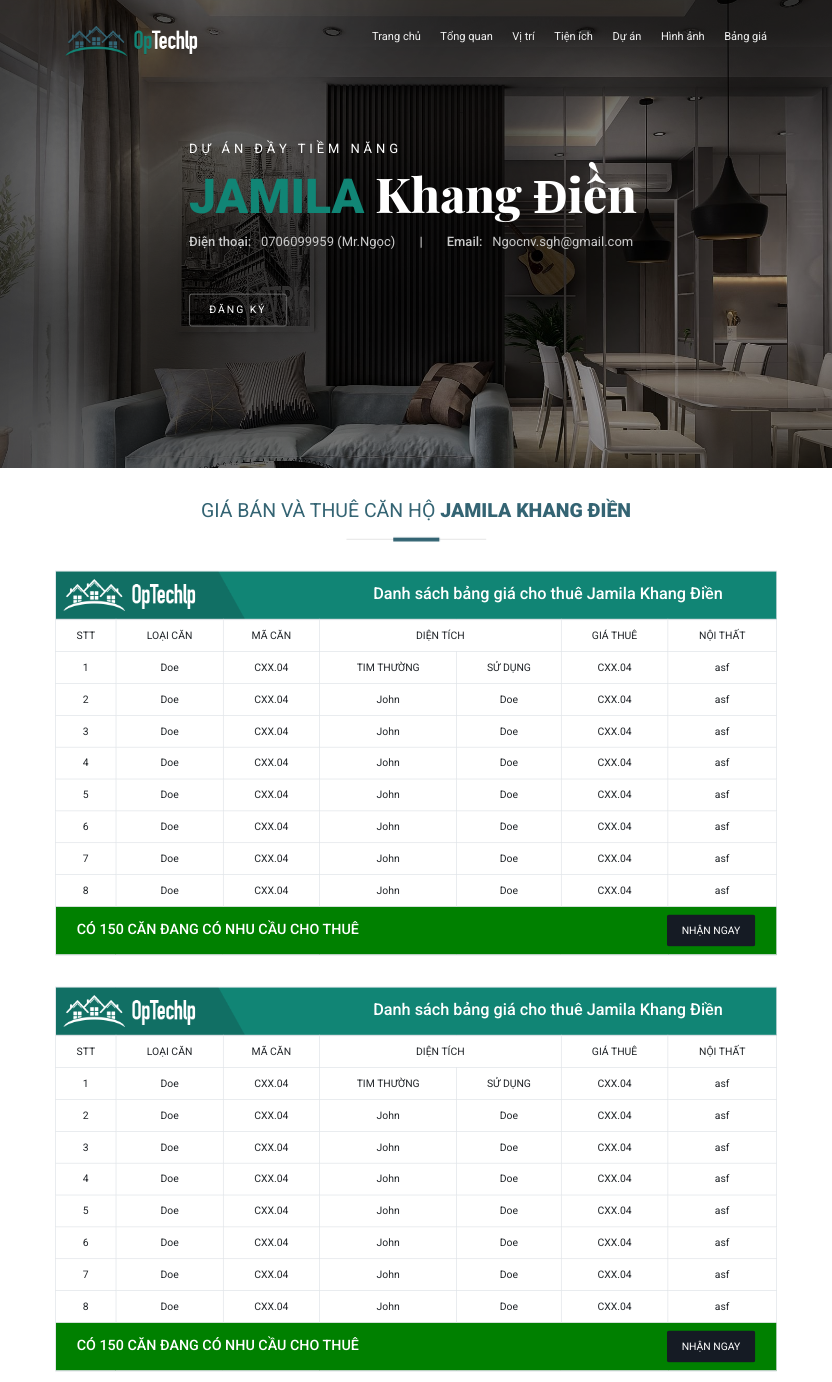
Repository: phunobi1807/Myweb
Page: index.html
These files come from the project's save history. The page is drawn as it stood at one moment and after the next save; the edit follows.
The browser window is 1280 px wide. The pictures show the whole page, at 65% of full size.
Some web fonts or font styles are not loaded; a fallback is used.

Above is the page before, as saved 2021-05-14 14:40:31.

### index.html
<!DOCTYPE html>
<html lang="en">

<head>
    <meta charset="UTF-8">
    <meta http-equiv="X-UA-Compatible" content="IE=edge">
    <meta name="viewport" content="width=device-width, initial-scale=1.0">
    <link rel="stylesheet" type="text/css" href="./css/style.css">
    <title>JAMILA Khang Điền</title>
</head>

<body>
    <header>
        <a href="#" class="logo">
            <img src="./image/logo-banner.png" alt="logo">
        </a>
        <div class="menuToggle" onclick="toggleMenu"></div>
        <ul class="navigation">
            <li><a href="#" onclick="toggleMenu">Trang chủ</a></li>
            <li><a href="#" onclick="toggleMenu">Tổng quan</a></li>
            <li><a href="#" onclick="toggleMenu">Vị trí</a></li>
            <li><a href="#" onclick="toggleMenu">Tiện ích</a></li>
            <li><a href="#" onclick="toggleMenu">Dự án</a></li>
            <li><a href="#" onclick="toggleMenu">Hình ảnh</a></li>
            <li><a href="#" onclick="toggleMenu">Bảng giá</a></li>
        </ul>
    </header>
    <section class="banner" id="banner">
        <div class="content">
            <p class="title">dự án đầy tiềm năng</p>
            <h3><strong>JAMILA</strong> Khang Điền</h3>
            <div class="content-contact">
                <p class="phone">Điện thoại: <span class="number-phone">0706099959 (Mr.Ngọc)</span></p>
                <div class="gachgiua">|</div>
                <p class="email">Email: <span class="email">Ngocnv.sgh@gmail.com</span></p>
            </div>
            <div class="input">
                <input type="button" class="btn btn-outline" value="Đăng ký">
            </div>
        </div>
    </section>
    <section class="price-apartment mt-5">
        <div class="container text-center">
            <div class="list-price-apartment">
                <h1>giá bán và thuê căn hộ <span>jamila khang điền</span></h1>
                <div class="gach-chan">
                    <div class="gachchan"></div>
                </div>
                <table class="table table-bordered mt-5">
                    <thead>
                        <tr class="top-one">
                            <th colspan="7" style="background-image:url(./image/optechlp.png); background-repeat: no-repeat;">
                                <div class="title-table">
                                    <img src="./image/optechlp1.png" alt="">
                                    <p>Danh sách bảng giá cho thuê Jamila Khang Điền</p>
                                </div>
                            </th>
                        </tr>
                    </thead>
                    <tbody>
                        <tr class="list-title">
                            <td>STT</td>
                            <td>loại căn</td>
                            <td>mã căn</td>
                            <td colspan="2">diện tích
                            </td>
                            <td>giá thuê</td>
                            <td colspan="2">nội thất</td>
                        </tr>
                        <tr>
                            <td>1</td>
                            <td>Doe</td>
                            <td>CXX.04</td>
                            <td>TIM THƯỜNG</td>
                            <td>SỬ DỤNG</td>
                            <td>CXX.04</td>
                            <td>asf</td>
                        </tr>
                        <tr>
                            <td>2</td>
                            <td>Doe</td>
                            <td>CXX.04</td>
                            <td>John</td>
                            <td>Doe</td>
                            <td>CXX.04</td>
                            <td>asf</td>
                        </tr>
                        <tr>
                            <td>3</td>
                            <td>Doe</td>
                            <td>CXX.04</td>
                            <td>John</td>
                            <td>Doe</td>
                            <td>CXX.04</td>
                            <td>asf</td>
                        </tr>
                        <tr>
                            <td>4</td>
                            <td>Doe</td>
                            <td>CXX.04</td>
                            <td>John</td>
                            <td>Doe</td>
                            <td>CXX.04</td>
                            <td>asf</td>
                        </tr>
                        <tr>
                            <td>5</td>
                            <td>Doe</td>
                            <td>CXX.04</td>
                            <td>John</td>
                            <td>Doe</td>
                            <td>CXX.04</td>
                            <td>asf</td>
                        </tr>
                        <tr>
                            <td>6</td>
                            <td>Doe</td>
                            <td>CXX.04</td>
                            <td>John</td>
                            <td>Doe</td>
                            <td>CXX.04</td>
                            <td>asf</td>
                        </tr>
                        <tr>
                            <td>7</td>
                            <td>Doe</td>
                            <td>CXX.04</td>
                            <td>John</td>
                            <td>Doe</td>
                            <td>CXX.04</td>
                            <td>asf</td>
                        </tr>
                        <tr>
                            <td>8</td>
                            <td>Doe</td>
                            <td>CXX.04</td>
                            <td>John</td>
                            <td>Doe</td>
                            <td>CXX.04</td>
                            <td>asf</td>
                        </tr>
                    </tbody>

                    <thead>
                        <tr class="bot-one">
                            <th colspan="7">
                                <div class="bot-table">
                                    <input type="button" class="btn btn-outline" value="nhận ngay">
                                    <p>có 150 căn đang có nhu cầu cho thuê</p>
                                </div>
                            </th>
                        </tr>
                    </thead>
                </table>
                <table class="table table-bordered mt-5">
                    <thead>
                        <tr class="top-one">
                            <th colspan="7" style="background-image:url(./image/optechlp.png); background-repeat: no-repeat;">
                                <div class="title-table">
                                    <img src="./image/optechlp1.png" alt="">
                                    <p>Danh sách bảng giá cho thuê Jamila Khang Điền</p>
                                </div>
                            </th>
                        </tr>
                    </thead>
                    <tbody>
                        <tr class="list-title">
                            <td>STT</td>
                            <td>loại căn</td>
                            <td>mã căn</td>
                            <td colspan="2">diện tích
                            </td>
                            <td>giá thuê</td>
                            <td colspan="2">nội thất</td>
                        </tr>
                        <tr>
                            <td>1</td>
                            <td>Doe</td>
                            <td>CXX.04</td>
                            <td>TIM THƯỜNG</td>
                            <td>SỬ DỤNG</td>
                            <td>CXX.04</td>
                            <td>asf</td>
                        </tr>
                        <tr>
                            <td>2</td>
                            <td>Doe</td>
                            <td>CXX.04</td>
                            <td>John</td>
                            <td>Doe</td>
                            <td>CXX.04</td>
                            <td>asf</td>
                        </tr>
                        <tr>
                            <td>3</td>
                            <td>Doe</td>
                            <td>CXX.04</td>
                            <td>John</td>
                            <td>Doe</td>
                            <td>CXX.04</td>
                            <td>asf</td>
                        </tr>
                        <tr>
                            <td>4</td>
                            <td>Doe</td>
                            <td>CXX.04</td>
                            <td>John</td>
                            <td>Doe</td>
                            <td>CXX.04</td>
                            <td>asf</td>
                        </tr>
                        <tr>
                            <td>5</td>
                            <td>Doe</td>
                            <td>CXX.04</td>
                            <td>John</td>
                            <td>Doe</td>
                            <td>CXX.04</td>
                            <td>asf</td>
                        </tr>
                        <tr>
                            <td>6</td>
                            <td>Doe</td>
                            <td>CXX.04</td>
                            <td>John</td>
                            <td>Doe</td>
                            <td>CXX.04</td>
                            <td>asf</td>
                        </tr>
                        <tr>
                            <td>7</td>
                            <td>Doe</td>
                            <td>CXX.04</td>
                            <td>John</td>
                            <td>Doe</td>
                            <td>CXX.04</td>
                            <td>asf</td>
                        </tr>
                        <tr>
                            <td>8</td>
                            <td>Doe</td>
                            <td>CXX.04</td>
                            <td>John</td>
                            <td>Doe</td>
                            <td>CXX.04</td>
                            <td>asf</td>
                        </tr>
                    </tbody>

                    <thead>
                        <tr class="bot-one bg-green">
                            <th colspan="7">
                                <div class="bot-table">
                                    <input type="button" class="btn btn-outline" value="nhận ngay">
                                    <p>có 150 căn đang có nhu cầu cho thuê</p>
                                </div>
                            </th>
                        </tr>
                    </thead>
                </table>
            </div>
        </div>
    </section>
    <link rel="stylesheet" href="https://maxcdn.bootstrapcdn.com/bootstrap/4.5.2/css/bootstrap.min.css">
    <script src="https://ajax.googleapis.com/ajax/libs/jquery/3.5.1/jquery.min.js"></script>
    <script src="https://cdnjs.cloudflare.com/ajax/libs/popper.js/1.16.0/umd/popper.min.js"></script>
    <script src="https://maxcdn.bootstrapcdn.com/bootstrap/4.5.2/js/bootstrap.min.js"></script>
    <script type="text/javascript">
        window.addEventListener('scroll', function() {
            const header = document.querySelector('header');
            header.classList.toggle("sticky", window.scrollY > 0);
        });

        function toggleMenu() {
            const menutoggle = document.querySelector('.menuToggle');
            const navigation = document.querySelector('.navigation');
            menuToggle.classList.toggle('active');
            navigation.classList.toggle('active');
        }
    </script>
</body>

</html>
<!-- <script type="text/javascript">
    window.addEventListener('scroll', function() {
        const header = document.querySelector('header');
        header.classList.toggle("sticky", window.scrollY > 0);
    });

    function toggleMenu() {
        const menuToggle = document.querySelector('.menuToggle');
        const navigation = document.querySelector('.navigation');
        menuToggle.classList.toggle('active');
        navigation.classList.toggle('active');
    }
</script> -->

### css/style.css
    @import url(https://fonts.googleapis.com/css2?family=Roboto:wght@100;200;300;400;500;600;800;900&display=swap);
    @import url(https://fonts.googleapis.com/css2?family=Playfair+Display:wght@100;200;300;400;500;600;800;900&display=swap);
    * {
        margin: 0;
        padding: 0;
        box-sizing: border-box;
        font-family: 'Roboto', 'Regular';
        scroll-behavior: smooth;
    }

    body {
        overflow-x: hidden;
    }

    p {
        font-weight: 300;
        color: #ffffff;
    }

    .banner {
        position: relative;
        width: 100%;
        min-height: 100vh;
        display: flex;
        justify-content: center;
        align-items: center;
        background: url('../image/banner.png');
        background-size: cover;
    }

    .banner .content {
        max-width: 900px;
        text-align: left;
    }

    .banner .content p.title {
        font-size: 20px;
        opacity: 100%;
        text-transform: uppercase;
        font-weight: 400;
        letter-spacing: 6px;
        line-height: 20px;
        color: #ffffff;
    }

    .banner .content h3 {
        font-family: 'Playfair Display', serif;
        font-size: 74px;
        font-style: bold;
        font-weight: 700;
        color: #ffffff;
        text-align: left;
    }

    .banner .content h3 strong {
        color: #118575;
    }

    .banner .content .content-contact {
        margin-bottom: 50px;
    }

    .banner .content .content-contact,
    p {
        display: flex;
        color: #cacaca;
        font-size: 20px;
        font-style: bold;
        font-weight: 500;
    }

    .banner .content .content-contact p span {
        padding: 0px 15px;
        font-weight: 400;
        font-style: normal;
        color: #cacaca;
    }

    .banner .content .content-contact .gachgiua {
        padding-right: 15px;
        margin: 0px 22px;
    }

    .banner .content .input input {
        width: 150px;
        height: 50px;
        border: 1px solid;
        /* opacity: 40%; */
        color: #ffffff;
        border-color: #8a8a8a;
        text-transform: uppercase;
        letter-spacing: 3px;
        transition: 0.5s;
    }

    .banner .content .input input:hover {
        width: 160px;
        transition: 0.5s;
        background-color: #118575;
    }

    .banner .content .input input::-ms-value {
        color: red;
    }

    header {
        position: fixed;
        top: 0;
        left: 0;
        width: 100%;
        padding: 40px 100px;
        z-index: 10;
        display: flex !important;
        justify-content: space-between;
        align-items: center;
        transition: 0.5s;
    }

    header.sticky {
        background: rgb(43, 43, 43);
        padding: 10px 100px;
        box-shadow: 0 5px 20px rgba(0, 0, 0, 0.05);
    }

    header.sticky ul {
        margin-top: 14px;
        line-height: 14px;
    }

    header .navigation {
        position: relative;
        display: flex;
    }

    header .navigation li {
        list-style-type: none;
        margin-left: 30px;
    }

    header .navigation li a {
        opacity: 100%;
        font-size: 17px;
        text-decoration: none;
        color: #f2f2f2;
        line-height: 20px;
    }

    header.sticky .navigation li a {
        color: #fff;
    }

    header .navigation li a:hover {
        color: #118575;
        letter-spacing: 3px;
        transition: 1s;
        text-transform: uppercase;
    }
    /* giá bán căn hộ trong bảng  */

    .price-apartment h1 {
        font-size: 30px;
        text-transform: uppercase;
        font-weight: 400;
        color: #346473;
    }

    .price-apartment h1 span {
        font-weight: 900;
    }

    .price-apartment .gach-chan {
        border-bottom: 1px solid #d7d7d7;
        width: 215px;
        margin-left: 28rem;
        z-index: 1;
        margin-top: 25px;
    }

    .price-apartment .gachchan {
        position: absolute;
        border: 3px solid #346473;
        width: 71px;
        margin-left: 4.5rem;
        z-index: 10;
        margin-top: -2.5px;
    }

    .price-apartment .title-table {
        display: flex;
        justify-content: space-between;
    }

    .price-apartment .title-table img {}

    .price-apartment .title-table p {
        line-height: 21px;
        margin-top: 12px;
        padding: 0px 70px;
        font-style: bold;
        color: #fff;
        font-size: 25px;
    }

    .price-apartment table tr.list-title {
        text-transform: uppercase;
    }

    .price-apartment table thead tr.top-one {
        background-color: #118575;
    }

    .price-apartment table thead .bot-table {
        display: flex;
        justify-content: space-between;
        flex-direction: row-reverse;
    }

    .price-apartment table thead .bot-table p {
        line-height: 21px;
        margin-top: 12px;
        padding: 0px 70px;
        font-style: bold;
        color: #fff;
        font-size: 22px;
        text-transform: uppercase;
        margin-left: -50px;
    }

    .price-apartment table thead .bot-table .btn {
        background-color: #151b24;
        color: #ffffff;
        text-transform: uppercase;
        padding: 0px 22px;
        margin-right: 20px;
    }

    .price-apartment table thead tr.bot-one {
        background-color: green;
    }
    /* end giá bán căn hộ trong bảng  */

After the next save:
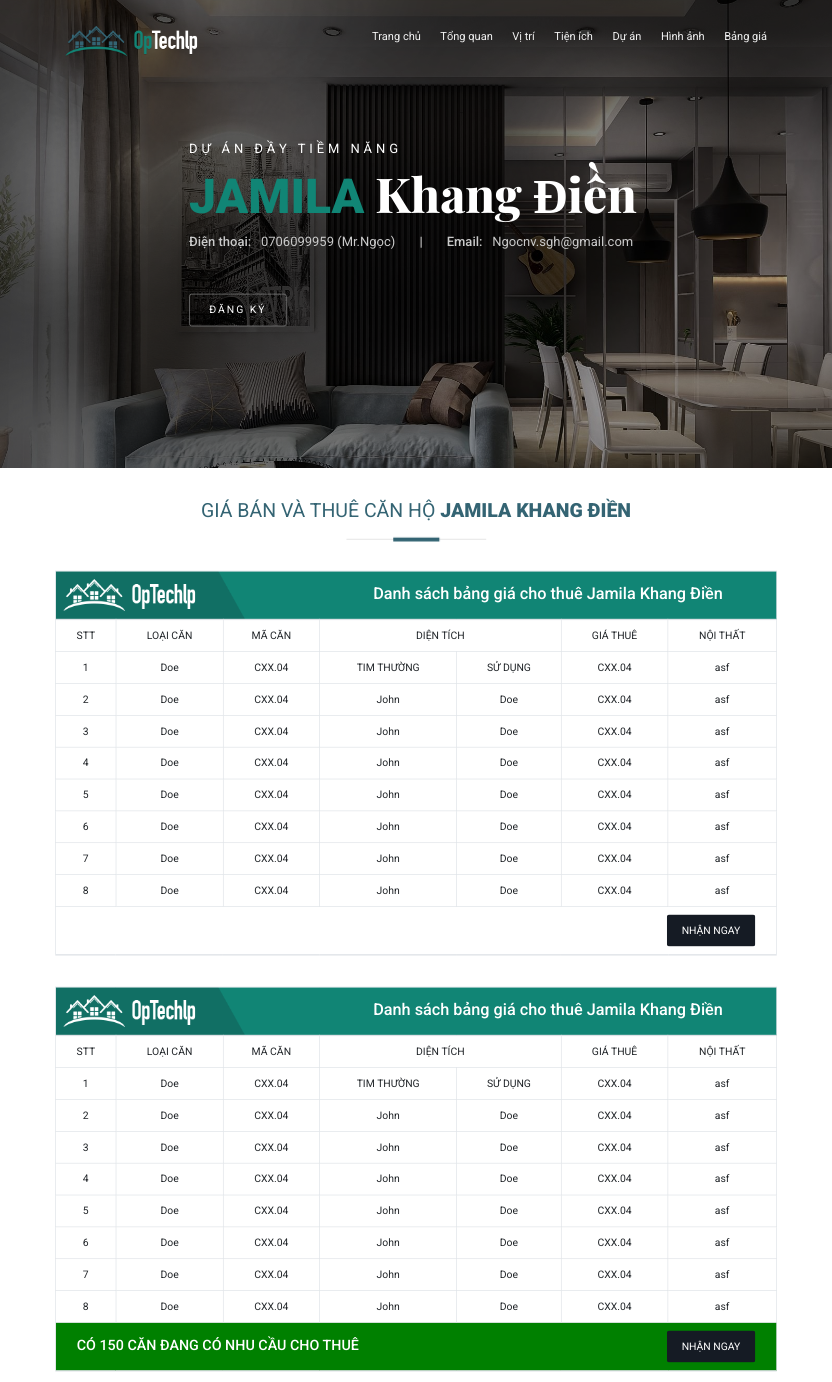
Saved 11 s later.
--- a/css/style.css
+++ b/css/style.css
@@ -234,7 +234,7 @@
         margin-right: 20px;
     }
 
-    .price-apartment table thead tr.bot-one {
+    .price-apartment table thead tr.bg-green {
         background-color: green;
     }
     /* end giá bán căn hộ trong bảng  */
